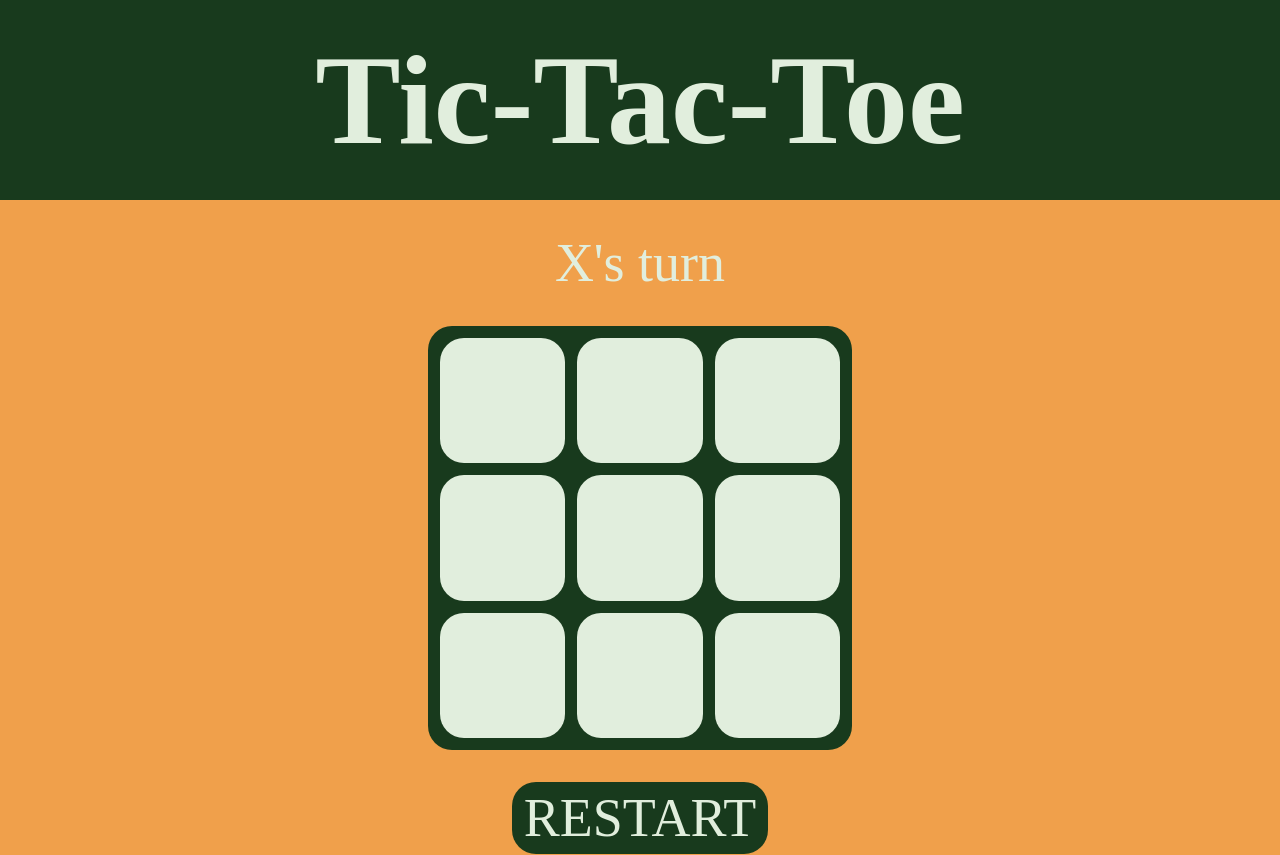
Repository: yeetzpxoci/tic-tac-toe
Page: index.html
These files come from the project's save history. The page is drawn as it stood at one moment and after the next save; the edit follows.
The browser window is 1280 px wide. The pictures show the whole page.
Some web fonts or font styles are not loaded; a fallback is used.

Above is the page before, as saved 2023-02-23 18:49:34.

### index.html
<!DOCTYPE html>
<html lang="en">
<head>
    <meta charset="UTF-8">
    <meta http-equiv="X-UA-Compatible" content="IE=edge">
    <meta name="viewport" content="width=device-width, initial-scale=1.0">
    <title>Tic Tac Toe</title>
    <link rel="stylesheet" type="text/css" href="styles.css" />
    <link rel="preconnect" href="https://fonts.googleapis.com">
    <link rel="preconnect" href="https://fonts.gstatic.com" crossorigin>
    <link href="https://fonts.googleapis.com/css2?family=Tilt+Warp&display=swap" rel="stylesheet">
</head>
<body>
    <div class="header">
        Tic-Tac-Toe
    </div>
    <p id="turn">X's turn</p>
    <div class="board">
        <div class="square" data-index=0></div>

        <div class="square" data-index=1></div>

        <div class="square" data-index=2></div>

        <div class="square" data-index=3></div>

        <div class="square" data-index=4></div>

        <div class="square" data-index=5></div>

        <div class="square" data-index=6></div>

        <div class="square" data-index=7></div>

        <div class="square" data-index=8></div>
    </div>

    <button id="restart" onclick="game.restartGame()">RESTART</button>
<script src="script.js"></script>
</body>
</html>

### styles.css
html, body {
    margin: 0;
    padding: 0;
    font-family: 'Tilt Warp', cursive;
}

body {
    display: flex;
    flex-direction: column;
    justify-content: center;
    align-items: center;
    min-width: 100vh;
    gap: 32px;
    background-color: #F0A04B;
}

.header {
    display: flex;
    justify-content: center;
    align-items: center;
    background-color: #183A1D;
    width: 100%;
    height: 200px;
    color: #E1EEDD;
    font-size: 128px;
    font-weight: bold;
}

.board {
    height: 400px;
    width: 400px;
    background-color: #183A1D;
    border-radius: 24px;
    border-width: 0px;
    padding: 12px;
    gap: 12px;
    font-size: 96px;
    font-family: 'Tilt Warp', cursive;
    font-weight: bolder;
    display: grid;
    grid-template-columns: repeat(3, 1fr);
    grid-template-rows: repeat(3, 1fr);
    user-select: none;
}

.square {
    display: flex;
    justify-content: center;
    align-items: center;
    background-color: #E1EEDD;
    border-radius: 24px;
    border-width: 0px;
}

#restart {
    width: 256px;
    height: 72px;
    border-radius: 24px;
    border-width: 0px;
    font-size: 54px;
    font-family: 'Tilt Warp', cursive;
    background-color: #183A1D;
    color: #E1EEDD;
}

#turn {
    color: #E1EEDD;
    font-size: 54px;
    margin: 0;
}

### script.js
const squares = document.getElementsByClassName("square");

const gameBoard = (() => {
    let gameBoard = ["", "", "", "", "", "", "", "", ""];

    const atIndex = (index) => {
        return gameBoard[index];
    }

    const playOn = (index, symbol) => {
        gameBoard[index] = symbol;
    }

    const resetBoard = () => {
        for (let i = 0; i < gameBoard.length; i++) {
            gameBoard[i] = "";
        }
    }

    const winner = (x, y, z) => {
        if ((gameBoard[x] === gameBoard[y]) && ((gameBoard[y] === gameBoard[z]) && (gameBoard[z] === "X"))
            || (gameBoard[x] === gameBoard[y]) && ((gameBoard[y] === gameBoard[z]) && (gameBoard[z] === "O"))) {
            return true;
        } else {
            return false;
        }
    }

    const checkWinner = () => {
        return winner(0, 1, 2)  // check for 3-in-a-row horizontally
            || winner(3, 4, 5)
            || winner(6, 7, 8)
            || winner(0, 3, 6)  // check for 3-in-a-row vertically
            || winner(1, 4, 7)
            || winner(2, 5, 8)
            || winner(0, 4, 8)  // check for 3-in-a-row diagonally
            || winner(6, 4, 2)
    }

    return {
        gameBoard, atIndex, playOn, resetBoard, winner, checkWinner
    };
})();

const players = (symbol) => {
    const play = (index) => gameBoard.playOn(index, symbol);
    return {
        symbol, play
    };
};

const game = (() => {
    let turn = "X";

    const playRound = (e) => {
        if (gameBoard.atIndex(e.currentTarget.dataset.index) === "") {
            players(turn).play(e.currentTarget.dataset.index);
            displayController.renderBoard();
            if (turn === "X") {
                turn = "O";
            } else {
                turn = "X";
            }
            if (gameBoard.checkWinner()) {
                displayController.disableSquares();
                alert("winner!");
            }
        }
    }

    const restartGame = () => {
        turn = "X";
        gameBoard.resetBoard();
        displayController.renderBoard();
        displayController.enableSquares();
    }

    return {
        turn, playRound, restartGame
    };
})();

const displayController = (() => {
    const renderBoard = () => {
        for (let i = 0; i < gameBoard.gameBoard.length; i++) {
            squares[i].innerHTML = gameBoard.gameBoard[i];
        }
    }

    const enableSquares = () => {
        for (let i = 0; i < squares.length; i++) {
            squares[i].addEventListener("click", game.playRound);
        }
    }

    const disableSquares = () => {
        for (let i = 0; i < squares.length; i++) {
            squares[i].removeEventListener("click", game.playRound);
        }
    }

    return {
        renderBoard, enableSquares, disableSquares
    }
})();

displayController.enableSquares();

After the next save:
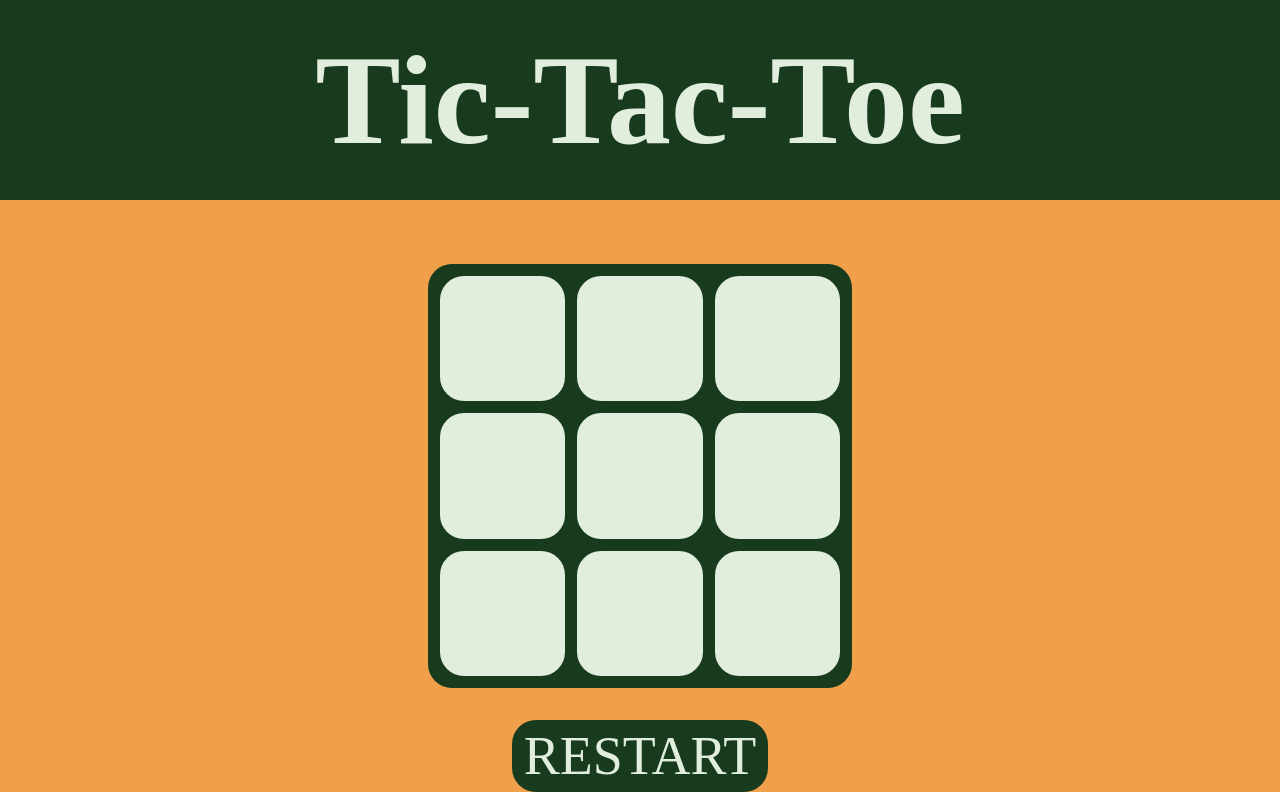
Saved 26 s later.
--- a/index.html
+++ b/index.html
@@ -14,7 +14,7 @@
     <div class="header">
         Tic-Tac-Toe
     </div>
-    <p id="turn">X's turn</p>
+    <p id="turn"></p>
     <div class="board">
         <div class="square" data-index=0></div>
 

After the save that followed:
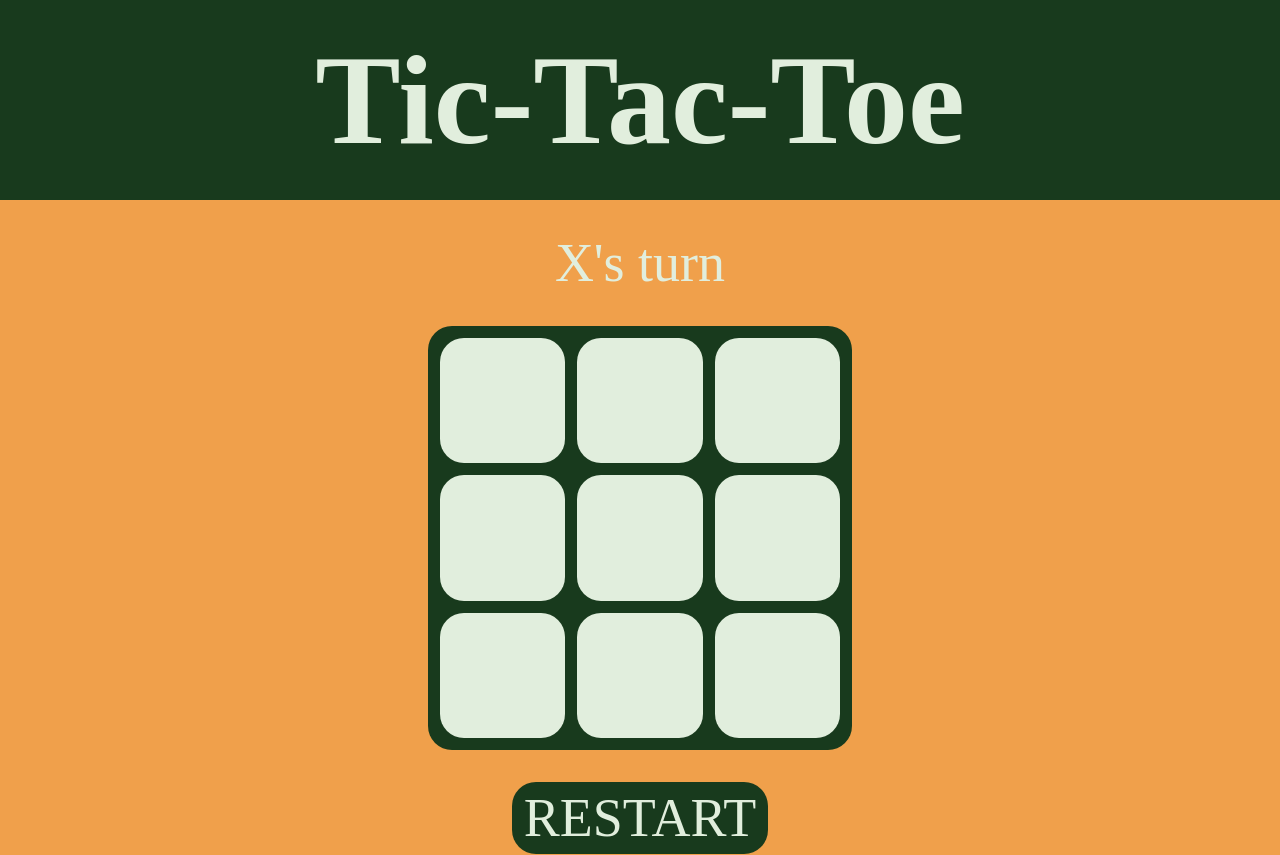
Saved 12 s later.
--- a/index.html
+++ b/index.html
@@ -14,7 +14,7 @@
     <div class="header">
         Tic-Tac-Toe
     </div>
-    <p id="turn"></p>
+    <p id="turn">X's turn</p>
     <div class="board">
         <div class="square" data-index=0></div>
 
